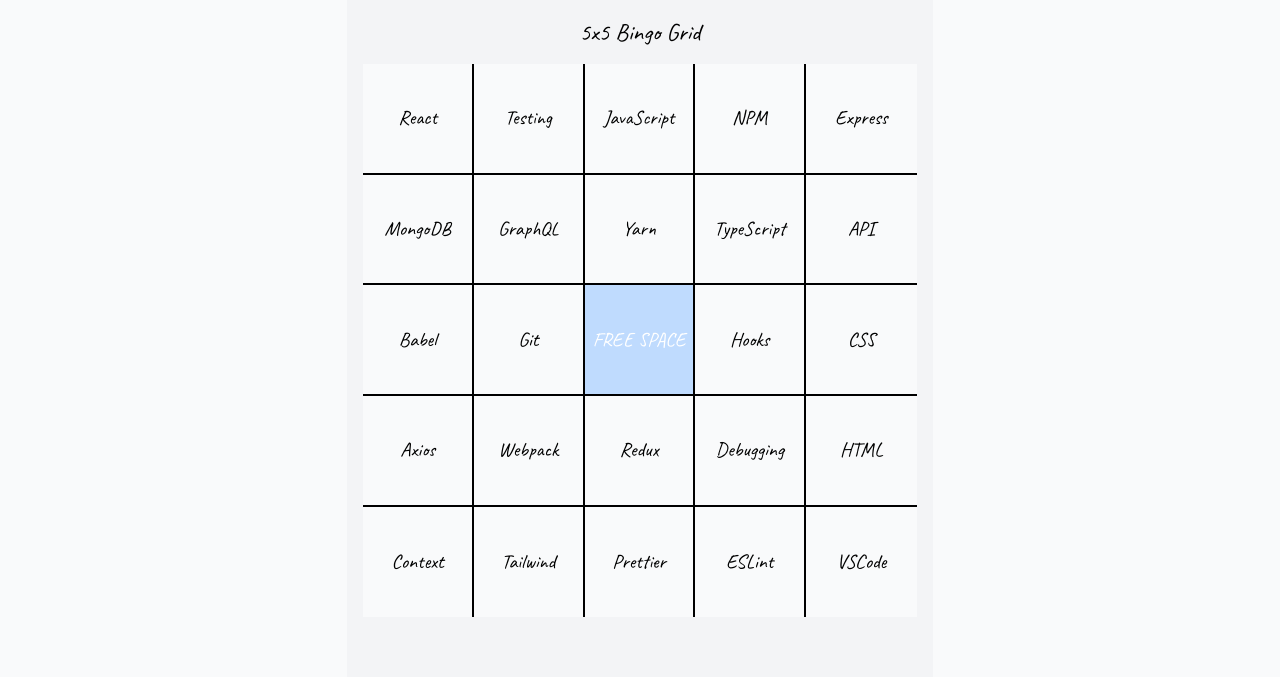
Repository: yassirbn/football-bingo
Page: /
The author's editor kept a copy of each file at every save. The page is drawn from the files as they stood at one save, then again after the next save.
The browser window is 1280 px wide. The pictures show the whole page.
The project was rebuilt for these pictures with package versions that can differ from the ones it lists, and the page was loaded fresh each time.

Above is the page before, as saved 2024-11-26 17:34:28.

After the next save:
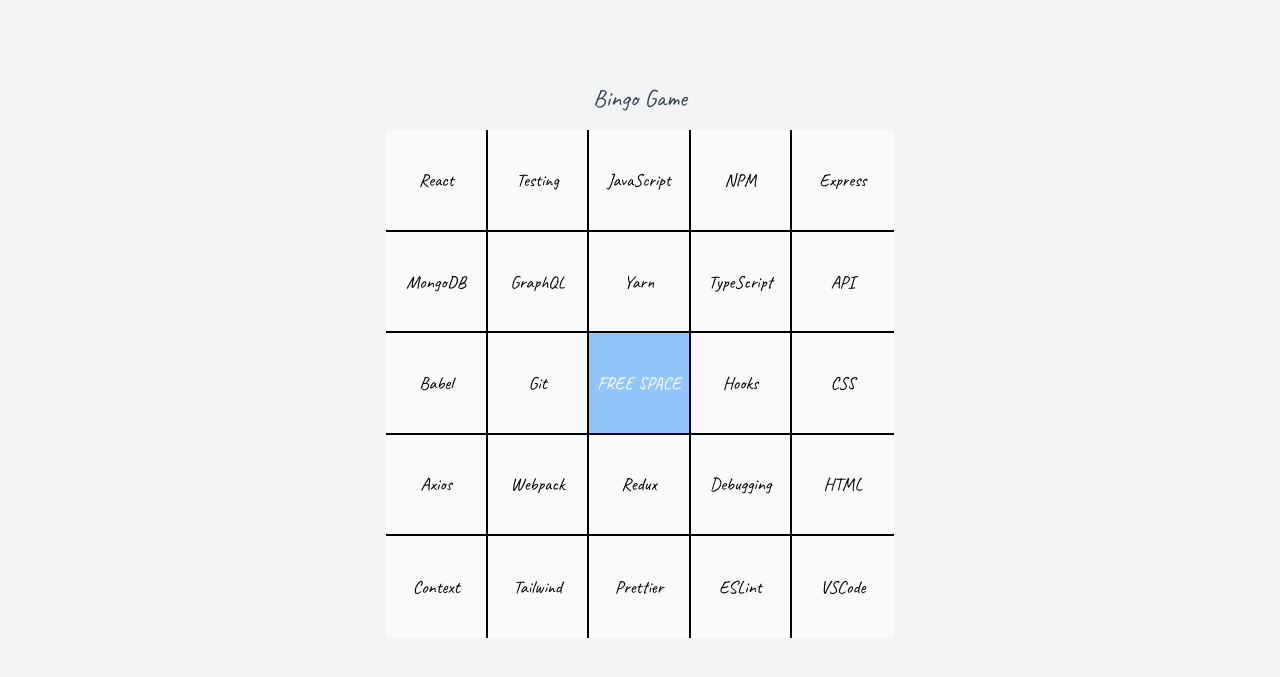
Saved 8 min 58 s later.
--- a/src/component/BingoGrid/BingoGrid.js
+++ b/src/component/BingoGrid/BingoGrid.js
@@ -1,14 +1,11 @@
 import React, { useState } from "react";
 
 const BingoGrid = ({ words }) => {
-  const gridSize = 5; // 5x5 grid
+  const gridSize = 5;
   const totalCells = gridSize * gridSize;
 
   const initializeGrid = () => {
     const shuffledWords = [...words].sort(() => 0.5 - Math.random()).slice(0, totalCells);
-    while (shuffledWords.length < totalCells) {
-      shuffledWords.push("PLACEHOLDER");
-    }
     shuffledWords[Math.floor(totalCells / 2)] = "FREE SPACE";
     return shuffledWords;
   };
@@ -44,30 +41,26 @@
   };
 
   return (
-    <div className="p-4 relative h-screen bg-gray-100 flex flex-col items-center overflow-hidden">
-      {/* Bingo Animation */}
+    <div className="relative h-screen w-screen bg-gray-100 overflow-hidden flex flex-col items-center justify-center">
+      {/* Fireworks and Bingo Animation */}
       {bingo && (
-        <div className="absolute inset-0 z-10 flex flex-col items-center justify-center">
-          <h2 className="text-7xl sm:text-8xl md:text-9xl font-hand text-red-500 animate-pulse">
+        <div className="absolute inset-0 z-20 flex flex-col items-center justify-center">
+          <h1 className="text-6xl md:text-8xl font-bold text-red-500 animate-pulse mb-4">
             BINGO!
-          </h2>
-          <div className="absolute inset-0 z-20 pointer-events-none">
-            {/* Fireworks */}
-            <div className="absolute inset-0 flex justify-center items-center">
-              <div className="relative">
-                <div className="firework"></div>
-                <div className="firework"></div>
-                <div className="firework"></div>
-              </div>
-            </div>
+          </h1>
+          <div className="absolute inset-0 flex items-center justify-center pointer-events-none">
+            {/* Firework Effects */}
+            <div className="firework bg-red-400"></div>
+            <div className="firework bg-blue-400 delay-200"></div>
+            <div className="firework bg-yellow-400 delay-400"></div>
           </div>
         </div>
       )}
 
       {/* Title */}
-      <h1 className="text-center text-2xl font-hand mb-4">5x5 Bingo Grid</h1>
+      <h1 className="text-2xl font-hand text-gray-700 mb-4">Bingo Game</h1>
 
-      {/* Grid Container */}
+      {/* Bingo Grid */}
       <div
         className="relative grid gap-0"
         style={{
@@ -77,17 +70,15 @@
         {gridWords.map((word, index) => (
           <div
             key={index}
-            className={`flex items-center justify-center text-center font-medium font-hand aspect-square p-2
+            className={`relative flex items-center justify-center text-center font-medium font-hand aspect-square p-2
               ${
                 selectedCells[index]
-                  ? "bg-blue-200 text-white"
+                  ? "bg-blue-300 text-white"
                   : "bg-gray-50 hover:bg-gray-200"
               }
-              ${
-                word === "FREE SPACE" ? "cursor-default font-bold" : "cursor-pointer"
-              }
-              relative transition-transform duration-200 ease-in-out ${
-                word !== "FREE SPACE" ? "hover:-rotate-[3deg] hover:scale-105" : ""
+              ${word === "FREE SPACE" ? "cursor-default font-bold" : "cursor-pointer"}
+              transition-transform duration-200 ease-in-out ${
+                word !== "FREE SPACE" ? "hover:scale-105" : ""
               }`}
             onClick={() => handleCellClick(index)}
             style={{
@@ -99,7 +90,7 @@
                   : "2px solid black",
             }}
           >
-            <span className="break-words text-sm sm:text-base md:text-lg lg:text-xl">
+            <span className="break-words text-sm sm:text-base md:text-lg">
               {word}
             </span>
           </div>
